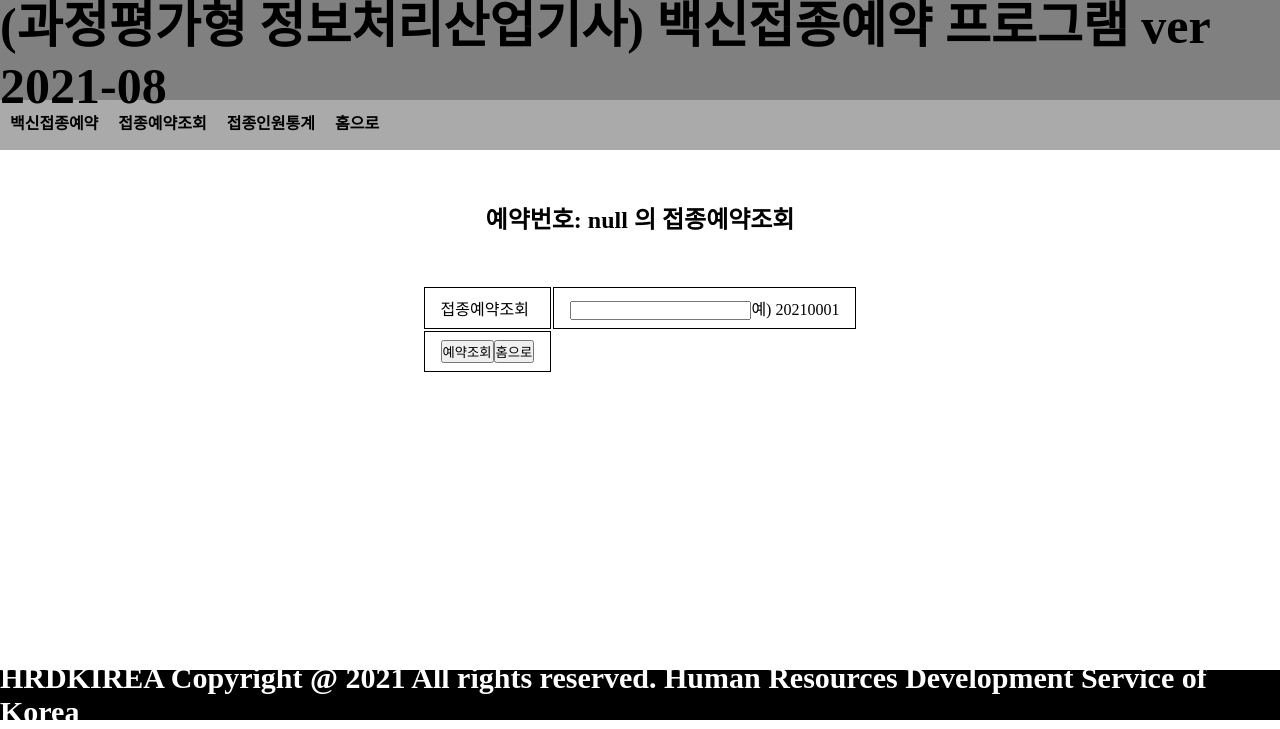
Repository: Ranranruo/info-processing
Page: http://localhost/20250424/view.jsp
The author's editor kept a copy of each file at every save. The page is drawn from the files as they stood at one save, then again after the next save.
The browser window is 1280 px wide. The pictures show the whole page.
The page is served by Tomcat 9. Queries for data that is not in the repository find no rows.

Above is the page before, as saved 2025-04-24 07:14:32.

### 20250424/src/main/webapp/view.jsp
<%@page import="java.sql.ResultSet"%>
<%@page import="java.sql.PreparedStatement"%>
<%@page import="java.sql.Connection"%>
<%@page import="java.sql.DriverManager"%>
<%@ page language="java" contentType="text/html; charset=UTF-8"
    pageEncoding="UTF-8"%>
<%
	Class.forName("oracle.jdbc.OracleDriver");
	String no = request.getParameter("no");
	Connection con = DriverManager.getConnection("jdbc:oracle:thin:@//localhost:1521/xe", "system", "1234");

	String sql = "SELECT j.pname, j.jumin, CASE WHEN substr(j.jumin, 8, 1) = '1' THEN '남' WHEN substr(j.jumin, 8, 1) = '2' THEN '여' end, j.tel, substr(v.resvdate, 1, 4) || '년' || substr(v.resvdate, 5, 2) || '월' || substr(v.resvdate, 7, 2) || '일', substr(v.resvtime, 1, 2) || ':' | substr(v.resvtime, 3, 2), h.hospname, h.hosptel, h.hospaddr, v.vcode FROM tbl_vaccresv_202108 v, tbl_hosp_202108 h, tbl_jumin_201808 j WHERE v.jumin = j.jumin AND v.hospcode = h.hospcode AND v.resvno = ?";
	PreparedStatement s = con.prepareStatement(sql);
	s.setString(1, no);

	ResultSet rs = s.executeQuery();
%>
<!DOCTYPE html>
<html>
<head>
<meta charset="UTF-8">
<title>Insert title here</title>
<style>
* {padding:0; margin: 0; text-decoration: none; color: inherit;}
.c { display: flex; justify-content: center; align-items: center;}
td{ border: 1px solid black; padding: .5em 1em;}
</style>
</head>
<body>
<header class="c" style="background-color: gray; color: #000; font-weight: bold; font-size: 50px; height: 100px;">(과정평가형 정보처리산업기사) 백신접종예약 프로그램 ver 2021-08</header>
<nav style="display: flex; padding: 10px; gap: 20px; background: #aaa; color: black; font-weight: bold; height:30px;">
<a href="insert.jsp">백신접종예약</a>
<a href="select.jsp">접종예약조회</a>
<a href="view.jsp">접종인원통계</a>
<a href="index.jsp">홈으로</a>
</nav>
<section style="min-height: calc(100vh - 200px); display: flex; flex-direction: column; align-items: center;">
<h1 class="c" style="padding: 50px;">예약번호: <%=no %> 의 접종예약조회</h1>
<%
 if(rs.next())
%>
<form action="selectDetail.jsp">
<table>
<tr>
<td>접종예약조회</td>
<td>
	<input id="no" name="no"/>예) 20210001
</td>
</tr>
<tr>
<td colspan="2" style="display: flex; justify-content: center;">
<button>예약조회</button>
<button id="reset" type="reset">홈으로</button>
</td>
</tr>
</table>
</form>
</section>
<footer class="c" style="background-color: black; color: #fff; font-weight: bold; font-size: 30px; height: 50px;">HRDKIREA Copyright @ 2021 All rights reserved. Human Resources Development Service of Korea</footer>
<script>
const $ = (s) => document.querySelector(s);
$("form").addEventListener("submit", (e)=> {
	e.preventDefault();
	if($("#no").value == "") {
		alert("접종예약번호가 입력되지 않았습니다.");
		e.preventDefault();
		$("#no").focus();
	}

});
$("#reset").addEventListener("click", ()=> {
	location.href="index.jsp";
});
</script>
</body>
</html>

After the next save:
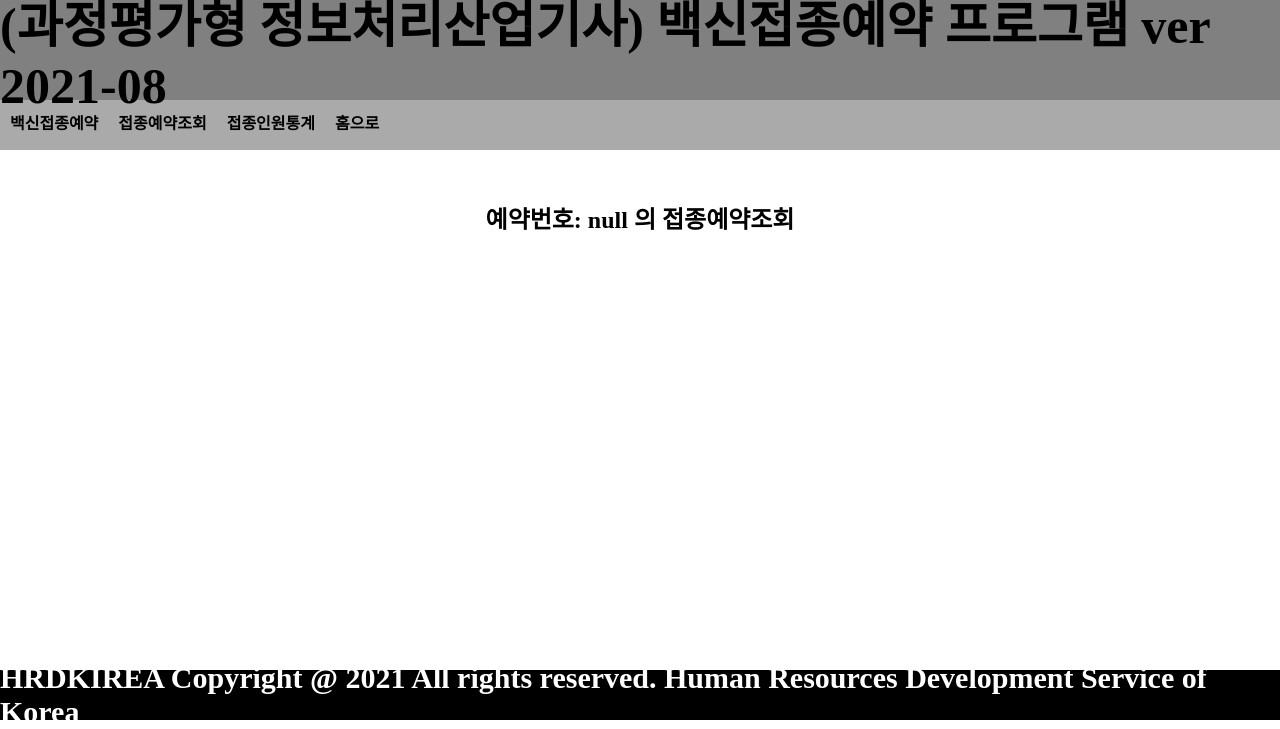
Console error: TypeError: Cannot read properties of null (reading 'addEventListener')
Saved 8 s later.
--- a/20250424/src/main/webapp/view.jsp
+++ b/20250424/src/main/webapp/view.jsp
@@ -37,7 +37,7 @@ td{ border: 1px solid black; padding: .5em 1em;}
 <section style="min-height: calc(100vh - 200px); display: flex; flex-direction: column; align-items: center;">
 <h1 class="c" style="padding: 50px;">예약번호: <%=no %> 의 접종예약조회</h1>
 <%
- if(rs.next())
+ if(rs.next()) {
 %>
 <form action="selectDetail.jsp">
 <table>
@@ -55,6 +55,7 @@ td{ border: 1px solid black; padding: .5em 1em;}
 </tr>
 </table>
 </form>
+<% } %>
 </section>
 <footer class="c" style="background-color: black; color: #fff; font-weight: bold; font-size: 30px; height: 50px;">HRDKIREA Copyright @ 2021 All rights reserved. Human Resources Development Service of Korea</footer>
 <script>
